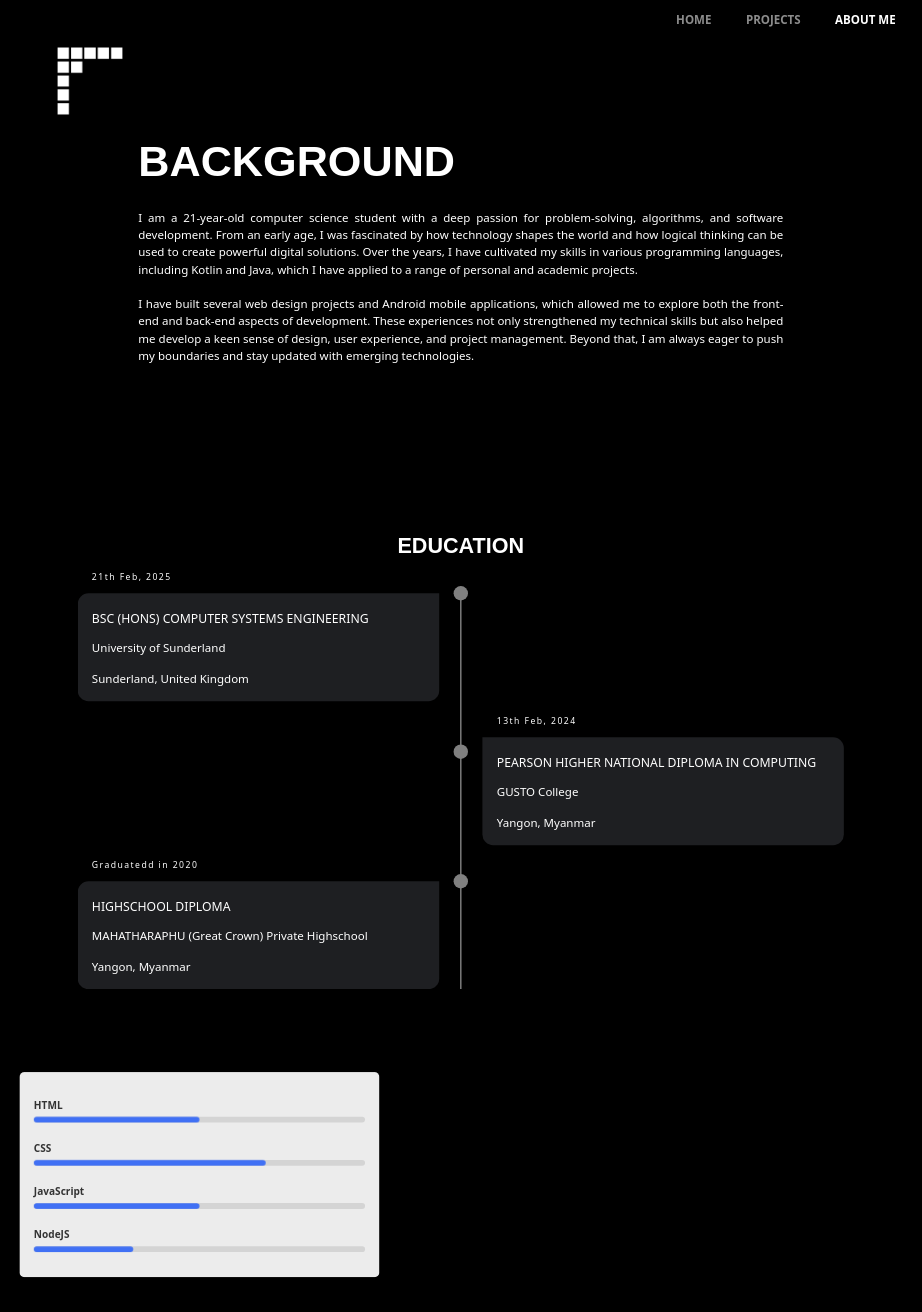
Repository: pyaestk/Portfolio-template
Page: aboutme.html
An editor plug-in stored every save of this project. The page is shown before and after the next save, followed by the edit.
The browser window is 1280 px wide. The pictures show the whole page, at 72% of full size.
Some web fonts or font styles are not loaded; a fallback is used. Some web libraries are served in a nearby version.

Above is the page before, as saved 2025-05-24 20:16:41.
Console error: TypeError: Cannot read properties of null (reading 'addEventListener')

### aboutme.html
<!DOCTYPE html>

<html lang="en">

<head>
  <link href="https://cdn.jsdelivr.net/npm/bootstrap@5.3.5/dist/css/bootstrap.min.css" rel="stylesheet"
    integrity="sha384-SgOJa3DmI69IUzQ2PVdRZhwQ+dy64/BUtbMJw1MZ8t5HZApcHrRKUc4W0kG879m7" crossorigin="anonymous">
  <script src="https://cdn.jsdelivr.net/npm/bootstrap@5.3.5/dist/js/bootstrap.bundle.min.js"
    integrity="sha384-k6d4wzSIapyDyv1kpU366/PK5hCdSbCRGRCMv+eplOQJWyd1fbcAu9OCUj5zNLiq"
    crossorigin="anonymous"></script>
  <link rel="stylesheet" href="https://cdnjs.cloudflare.com/ajax/libs/font-awesome/6.1.2/css/all.min.css">
  <link href="styles.css" rel="stylesheet">

  <!-- google fonts -->
  <link rel="preconnect" href="https://fonts.googleapis.com">
  <link rel="preconnect" href="https://fonts.gstatic.com" crossorigin>
  <link href="https://fonts.googleapis.com/css2?family=Doto:wght@100..900&display=swap" rel="stylesheet">
  <link href="https://fonts.googleapis.com/css2?family=Roboto:ital,wght@0,100..900;1,100..900&display=swap"
    rel="stylesheet">

  <meta charset="utf-8">
  <meta name="viewport" content="width=device-width, initial-scale=1, minimum-scale=1, maximum-scale=1 ">

  <title>My Webpage</title>
</head>

<body class="bg-black">

  <nav class="navbar navbar-expand-lg bg-black navbar-dark sticky-top">
    <div class="container-fluid">
      <a class="navbar-brand" href="#"></a>
      <button class="navbar-toggler" type="button" data-bs-toggle="collapse" data-bs-target="#navbarNav"
        aria-controls="navbarNav" aria-expanded="false" aria-label="Toggle navigation">
        <span class="navbar-toggler-icon"></span>
      </button>
      <div class="collapse navbar-collapse justify-content-end" id="navbarNav">
        <ul class="navbar-nav text-center">
          <li class="nav-item px-3">
            <a class="nav-link" aria-current="page" href="index.html">HOME</a>
          </li>
          <li class="nav-item px-3">
            <a class="nav-link" href="projects.html">PROJECTS</a>
          </li>
          <li class="nav-item px-3">
            <a class="nav-link active" href="aboutme.html">ABOUT ME</a>
          </li>
        </ul>
      </div>
    </div>
  </nav>

  <div class="background-container text-white">
    <img src="img/decoration-block2.png" class="decoration-image-1" style="--delay: .2s;">

    <h4 class="title text-center" style="--delay: .3s;">BACKGROUND</h4>
    <p style="--delay: .4s;">I am a 21-year-old computer science student with a deep passion for problem-solving,
      algorithms, and software development. From an early age, I was fascinated by how technology shapes the world and
      how logical thinking can be used to create powerful digital solutions. Over the years, I have cultivated my skills
      in various programming languages, including Kotlin and Java, which I have applied to a range of personal and
      academic projects.
      <br><br>
      I have built several web design projects and Android mobile applications, which allowed me to explore both the
      front-end and back-end aspects of development. These experiences not only strengthened my technical skills but
      also helped me develop a keen sense of design, user experience, and project management. Beyond that, I am always
      eager to push my boundaries and stay updated with emerging technologies.
    </p>
  </div>

  <div class="container-fluid py-5 bg-black">
    <div class="education-container">
      <h2 class="my-5">EDUCATION</h2>
      <div class="timeline">
        <ul class="ps-0">
          <li class="reveal3">
            <div class="timeline-content">
              <h3 class="date">21th Feb, 2025</h3>
              <h5>BSC (HONS) COMPUTER SYSTEMS ENGINEERING</h5>
              <p>University of Sunderland</p>
              <span>Sunderland, United Kingdom</span>
            </div>
          </li>
          <li class="reveal3">
            <div class="timeline-content">
              <h3 class="date">13th Feb, 2024</h3>
              <h5>PEARSON HIGHER NATIONAL DIPLOMA IN COMPUTING</h5>
              <p>GUSTO College</p>
              <span>Yangon, Myanmar</span>
            </div>
          </li>
          <li class="reveal3">
            <div class="timeline-content">
              <h3 class="date">Graduatedd in 2020</h3>
              <h5>HIGHSCHOOL DIPLOMA</h5>
              <p>MAHATHARAPHU (Great Crown) Private Highschool</p>
              <span>Yangon, Myanmar</span>
            </div>
          </li>
        </ul>
      </div>
    </div>
  </div>

  <div class="container-fluid text-white py-5 bg-black">
    <div class="row">
      <div class="col-md-10">
        <div class="skill-container">
          <div class="skill-box">
            <span class="title">HTML</span>

            <div class="skill-bar">
              <span class="skill-per html">
                <span class="tooltip">50%</span>
              </span>
            </div>
          </div>

          <div class="skill-box">
            <span class="title">CSS</span>

            <div class="skill-bar">
              <span class="skill-per css">
                <span class="tooltip">70%</span>
              </span>
            </div>
          </div>
          <div class="skill-box">
            <span class="title">JavaScript</span>

            <div class="skill-bar">
              <span class="skill-per javascript">
                <span class="tooltip">50%</span>
              </span>
            </div>
          </div>
          <div class="skill-box">
            <span class="title">NodeJS</span>

            <div class="skill-bar">
              <span class="skill-per nodejs">
                <span class="tooltip">30%</span>
              </span>
            </div>
          </div>
        </div>
      </div>
    </div>
  </div>

  <script src="script.js"></script>
</body>

</html>

### styles.css
* {
  margin: 0;
  padding: 0;
  box-sizing: border-box;
}
html {
  scroll-behavior: smooth;
}


/* index.html */

video {
  object-fit: cover;
  width: 100vw;
  height: 100vh;
  position: fixed;
  top: 0;
  left: 0;
  z-index: -1;
  filter: brightness(50%) grayscale(100%);
  transform: scaleX(-1);
  mask-image: linear-gradient(to right, black 0%, transparent 90%);
}
.navbar-nav a {
  font-weight: bolder;
}

.intro-container {
  display: flex;
  justify-content: center;
  align-items: start;
  flex-direction: column;
  flex-wrap: wrap;
  min-height: 90vh;
  padding: 50px 0;
}
.intro-text p {
  font-size: 20px;
  text-align: start;
  padding-right: 30%;
}

.my-name {
  font-family: "Doto", sans-serif;
  font-size: 60px;
  font-weight: bolder;
  max-lines: 3;
}

.social-links {
  display: flex;
  align-items: center;
  flex-direction: row;
  justify-content: start; /* or center if you want them centered */
  margin-top: 50px;
}
.social-links a {
  display: inline-flex; /* So the <a> fits nicely around icon */
  align-items: center;
  justify-content: center;
}
.social-links svg {
  width: 30px;
  height: 30px;

}
.social-links .linkedin {
  padding: 0 50px;
}
.intro-btns button{
  margin-top: 20px;
  width: 200px;
  height: 50px;
  margin-right: 20px;
  font-weight: bolder;
}






/* projects.html */

.projects-container {
  width: 100%;
  height: auto;
  display: flex;
  justify-content: space-evenly;
  align-items: center;
  flex-direction: row;
  flex-wrap: wrap;
  padding: 5% 5%;
}
.project-intro{
  width: 30%;
  height: auto;
  position: sticky;
  top: 150px; /* Adjust this value as needed */
  align-self: flex-start;
}
.projects-list-container {
  width: 70%;
  display: flex;
  justify-content: center;
  align-items: center;
  flex-direction: column;
}

.projects-list{
  display: grid;
  grid-template-columns: repeat(auto-fit, minmax(350px, 1fr));
  gap: 40px;
}
.project-intro h1 {
  font-size: 60px;
  color: white;
  font-family: "Doto", sans-serif;
  font-weight: bolder;
}

.projects-container .card {

  height: auto;
  background-color: rgba(29, 29, 29, 0.671);
  display: flex;
  justify-content: center;
  align-items: center;
  flex-direction: column;
  padding: 15px;
  color: white;
}
.projects-container .card-body{
  padding: 20px 10px 10px 10px;
}
.projects-container .card:hover {
  box-shadow: 0 0 15px rgb(255, 255, 255);
  transition: all 0.3s ease-in-out;
}




/* education.html */
/* .education-container {
  width: 100%;
  height: auto;
  display: flex;
  justify-content: space-evenly;
  align-items: center;
  flex-direction: column;
  flex-wrap: wrap;
  padding: 5% 5%;
  gap: 40px;
}

.education-container .card {
  width: 70%;
  height: auto;
  background-color: rgba(29, 29, 29, 0.671);
  padding: 20px 50px;
  color: white;
  box-shadow: 0 0 5px rgb(255, 255, 255);
}


.education-container .card:hover {
  box-shadow: 0 0 15px rgb(255, 255, 255);
  transition: all 0.3s ease-in-out;
}

.education-container .card h4 {
  font-size: 25px;
  color: white;
  font-family: "Doto", sans-serif;
  font-weight: bolder;
  margin-bottom: 20px;
} */



/* about me.html */
.background-container {
  position: relative; /* Needed for absolute child positioning */
  width: 100%;
  display: flex;
  justify-content: center;
  align-items: start;
  flex-direction: column;
  padding: 8% 15%;
}

.background-container .title {
  font-size: 60px;
  font-weight: bolder;
  font-family: "Doto", sans-serif;
  margin-top: 30px;
  margin-bottom: 30px;
}
.background-container p {
  text-align: justify;
}

.decoration-image-1 {
  position: absolute; /* Take it out of flow */
  top: 10px;
  left: 80px;
  width: 90px;
  height: auto;
  pointer-events: none; /* Prevents accidental clicks */
  user-select: none;
}



.education-container {
  min-height: 100vh;
  width: 100%;
  display: flex;
  flex-direction: column;
  justify-content: center;
  align-items: center;
  justify-content: center;
  box-sizing: border-box;
}
.education-container h2 {
  font-weight: bolder;
  font-family: "Doto", sans-serif;
  color: white;
  font-size: 30px;
}
.timeline {
  width: 80%;
  height: auto;
  margin: 0 auto;
  position: relative;
}
.timeline h5{
  font-size: 17px;
  margin-bottom: 10px;
  line-height: 30px;
}

.timeline ul {
  list-style: none;
}
.timeline ul li {
  padding: 20px;
  background-color: #1e1f22;
  color: white;
  border-radius: 10px;

  margin-bottom: 20px;
}
.timeline ul li:last-child {
  margin-bottom: 0;
}
.timeline-content h1 {
  font-weight: 500;
  font-size: 25px;
  line-height: 30px;
  margin-bottom: 10px;
}
.timeline-content p {
  font-size: 16px;
  line-height: 30px;
  font-weight: 300;
}
.timeline-content .date {
  font-size: 12px;
  font-weight: 300;
  margin-bottom: 10px;
  letter-spacing: 2px;
}
@media only screen and (min-width: 768px) {
  .timeline:before {
    content: "";
    position: absolute;
    top: 0;
    left: 50%;
    transform: translateX(-50%);
    width: 2px;
    height: 100%;
    background-color: gray;
  }
  .timeline ul li {
    width: 50%;
    position: relative;
    margin-bottom: 50px;
  }
  .timeline ul li:nth-child(odd) {
    float: left;
    clear: right;
    transform: translateX(-30px);
    border-radius: 15px 0px 15px 15px;
  }
  .timeline ul li:nth-child(even) {
    float: right;
    clear: left;
    transform: translateX(30px);
    border-radius: 0px 15px 15px 15px;
  }
  .timeline ul li::before {
    content: "";
    position: absolute;
    height: 20px;
    width: 20px;
    border-radius: 50%;
    background-color: gray;
    top: 0px;
  }
  .timeline ul li:nth-child(odd)::before {
    transform: translate(50%, -50%);
    right: -30px;
  }
  .timeline ul li:nth-child(even)::before {
    transform: translate(-50%, 50%);
    left: -30px;
  }
  .timeline-content .date {
    position: absolute;
    top: -30px;
  }
  .timeline ul li:hover::before {
    background-color: rgb(255, 255, 255);
  }
}



.skill-container {
  position: relative;
  max-width: 500px;
  width: 100%;
  background: #ececec;
  margin: 0 15px;
  padding: 10px 20px;
  border-radius: 7px;
}

.skill-container .skill-box {
  width: 100%;
  margin: 25px 0;
}

.skill-box .title {
  display: block;
  font-size: 14px;
  font-weight: 600;
  color: #333;
}

.skill-box .skill-bar {
  height: 8px;
  width: 100%;
  border-radius: 6px;
  margin-top: 6px;
  background: rgba(0,0,0,0.1);
}

.skill-bar .skill-per {
  position: relative;
  display: block;
  height: 100%;
  width: 90%;
  border-radius: 6px;
  background: #4070f4;
  animation: progress 0.4s ease-in-out forwards;
  opacity: 0;
}

.skill-per.html {
   /*progreso de las diferentes lenguajes*/
  width: 50%;
  animation-delay: 0.1s;
}

.skill-per.css {
         /*progreso de las diferentes lenguajes*/
  width: 70%;
  animation-delay: 0.1s;
}

.skill-per.javascript {
      /*progreso de las diferentes lenguajes*/
  width: 50%;
  animation-delay: 0.2s;
}

.skill-per.nodejs {
      /*progreso de las diferentes lenguajes*/
  width: 30%;
  animation-delay: 0.3s;
}

@keyframes progress {
  0% {
    width: 0;
    opacity: 1;
  }

  100% {
    opacity: 1;
  }
}

.skill-per .tooltip {
  position: absolute;
  right: -14px;
  top: -28px;
  font-size: 9px;
  font-weight: 500;
  color: #fff;
  padding: 2px 6px;
  border-radius: 3px;
  background: #4070f4;
  z-index: 1;
}

.tooltip::before {
  content: '';
  position: absolute;
  left: 50%;
  bottom: -2px;
  height: 10px;
  width: 10px;
  z-index: -1;
  background-color: #4070f4;
  transform: translateX(-50%) rotate(45deg);
}






/* on load animation */
.intro-body h1,
.intro-body p,
.intro-body .intro-btns,
.projects-container .card,
.project-intro h1, .project-intro p,
.background-container .title,
.background-container p,
.background-container image{
  display: block;
  opacity: 0;
  animation: reveal 0.5s forwards var(--delay);
}
@keyframes reveal {
  /* from { translate: - 20px; }
  to { translate: none; opacity: 1;} */
  from {
    transform: translateY(10px);
  }
  to {
    transform: translateY(0);
    opacity: 1;
  }
}

/* on scroll animation */

.reveal1 {
  position: relative;
  transform: translateX(70px);
  opacity: 0;
  transition: 1.1s all ease;
}
.reveal1.active {
  transform: translateX(0);
  opacity: 1;
}

.reveal2 {
  position: relative;
  transform: translateX(-70px);
  opacity: 0;
  transition: 1.1s all ease;
}
.reveal2.active2 {
  transform: translateX(0);
  opacity: 1;
}

.reveal3 {
  position: relative;
  transform: translateY(50px);
  opacity: 0;
  transition: 1.1s all ease;
}
.reveal3.active3 {
  transform: translateX(0);
  opacity: 1;
}




/* for small screen size */

@media (max-width: 1170px) {

  /* index.html */
  .intro-body {
    margin-top: 50px;
    margin-bottom: 50px;
    text-align: center;
  }
  .my-name {
    font-size: 35px;
  }
  .intro-text p {
    text-align: center;
    font-size: 13px;
    padding-right: 0;
  }

  /* projects.html */
  .projects-container {
    width: 100%;
    height: auto;
    display: flex;
    justify-content: space-evenly;
    align-items: center;
    flex-direction: row;
    flex-wrap: wrap;
    padding: 0px;
    gap: 40px;
  }
  .project-intro{
    width: auto;
    position: static;
    margin-top: 30px;
  }
  .projects-list{
    display: grid;
    grid-template-columns: repeat(auto-fit, minmax(280px, 1fr));
    gap: 30px;
  }
  .project-intro h1 {
    font-size: 35px;
    margin-top: 30px;
  }
  .project-intro p {
    font-size: 13px;
  }
  .intro-btns button{
    margin-left: 20px;
  }

  .projects-list-container {
    width: 80%;
  }
  .projects-list-container .card{
    margin-bottom: 20px;
  }
  .projects-list-container .card-text{
    font-size: 13px;
  }


  /* about me.html */
  .background-container {
    align-items: center;
  }
  .background-container .title {
    font-size: 40px;
    margin-top: 55px;
  }
  .background-container p {
    font-size: 15px;
    padding-right: 0;
    text-align: justify;
  }
  .decoration-image-1 {
    position: absolute; /* Take it out of flow */
    top: 20px;
    left: 40px;
    width: 50px;
  }

  .skills-container {
    padding: 15px 15px;
  }
  .skills-container h5 {
    font-size: 23px;
  }
  .skills-container h6 {
    font-size: 18px;
  }
  .skills-container p {
    font-size: 13px;
  }

}

### script.js
/* on scroll animation */
function reveal() {
  var reveals3 = document.querySelectorAll(".reveal3");
  for (var i = 0; i < reveals3.length; i++) {
    var windowHeight = window.innerHeight;
    var elementTop = reveals3[i].getBoundingClientRect().top;
    var elementVisible = 50;
    if (elementTop < windowHeight - elementVisible) {
      reveals3[i].classList.add("active3");
    } else {
      reveals3[i].classList.remove("active3");
    }
  }
}
// Also run reveal() on scroll
window.addEventListener("scroll", reveal);

//download CV
document.getElementById("downloadBtn").addEventListener("click", function () {
  const fileUrl = "my cv.pdf"; // PDF file in the same folder

  const a = document.createElement("a");
  a.href = fileUrl;
  a.download = "CV.pdf"; // The filename when downloaded

  document.body.appendChild(a);
  a.click();
  document.body.removeChild(a);
});


var lang = {
  "html": "100%",
  "css": "90%",
  "javascript": "70%",
  "php": "55%",
  "angular": "65%"
};

var multiply = 4;

$.each( lang, function( language, pourcent) {

  var delay = 700;

  setTimeout(function() {
    $('#'+language+'-pourcent').html(pourcent);
  },delay*multiply);

  multiply++;

});

After the next save:
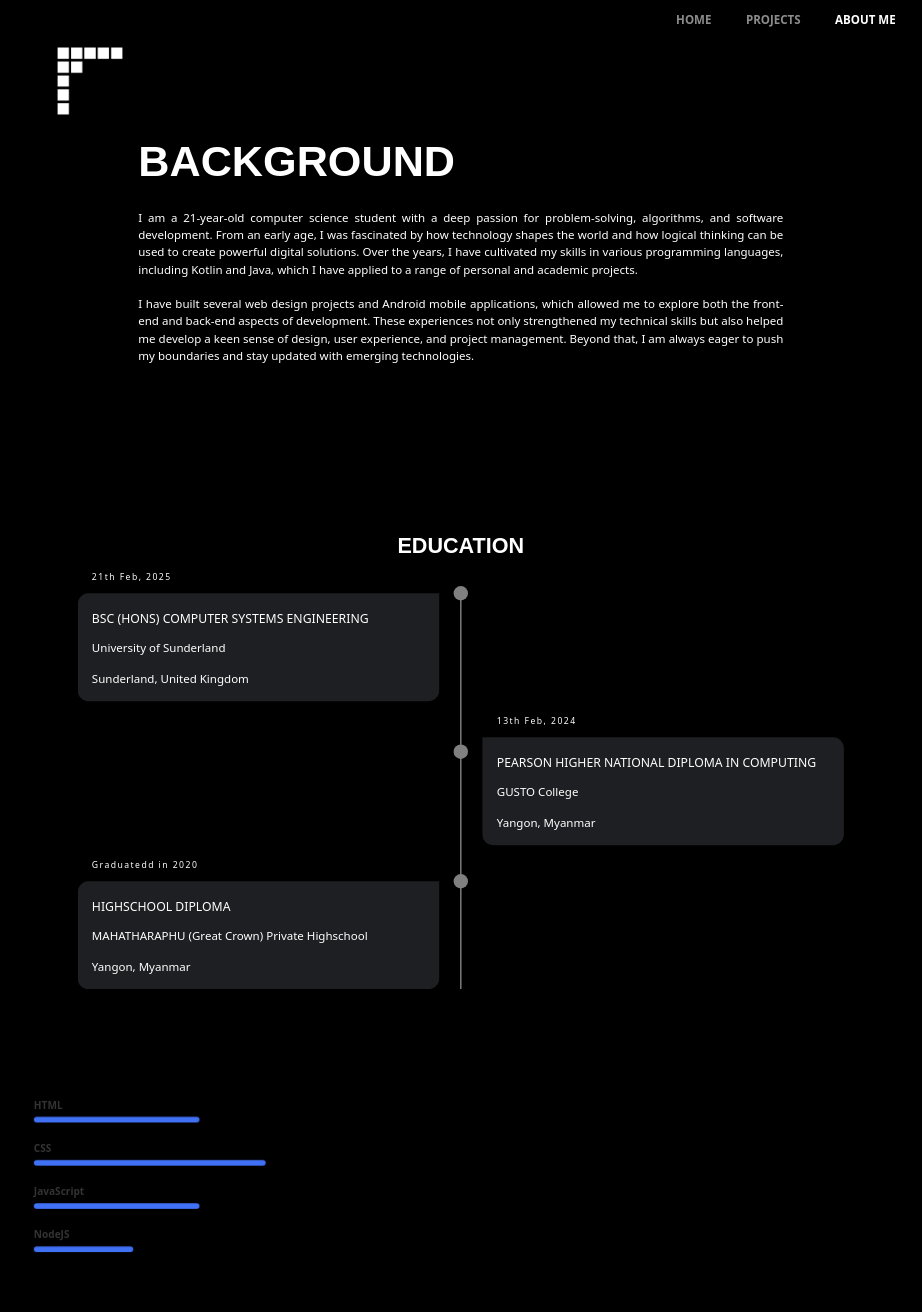
Saved 20 s later.
--- a/styles.css
+++ b/styles.css
@@ -333,7 +333,6 @@ video {
   position: relative;
   max-width: 500px;
   width: 100%;
-  background: #ececec;
   margin: 0 15px;
   padding: 10px 20px;
   border-radius: 7px;
